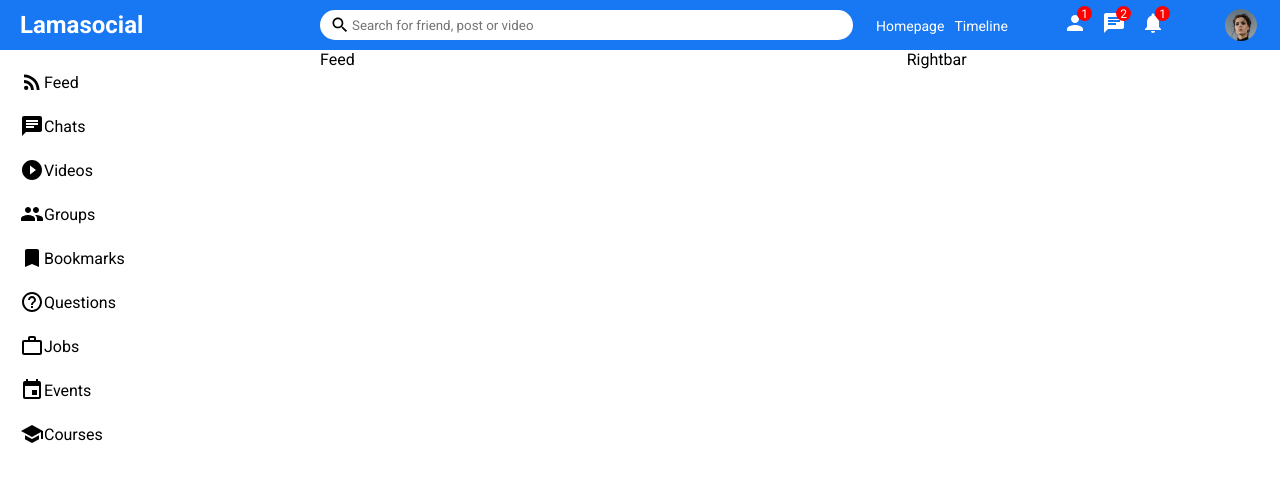
Repository: nazlinres01/react-social
Page: / (app in client/)
The author's editor kept a copy of each file at every save. The page is drawn from the files as they stood at one save, then again after the next save.
The browser window is 1280 px wide. The pictures show the whole page.
The project was rebuilt for these pictures with package versions that can differ from the ones it lists, and the page was loaded fresh each time.

Above is the page before, as saved 2024-06-12 10:30:59.

After the next save:
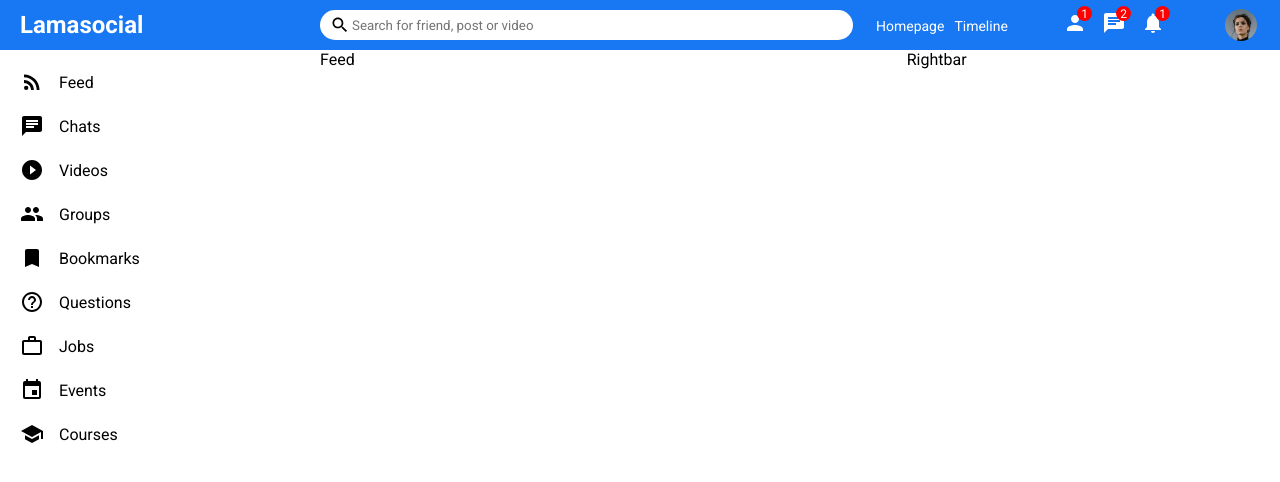
Saved 22 s later.
--- a/client/src/components/sidebar/sidebar.css
+++ b/client/src/components/sidebar/sidebar.css
@@ -19,6 +19,6 @@
     margin-bottom: 20px;
 }
 
-.siderbarIcon{
+.sidebarIcon{
     margin-right: 15px;
 }
